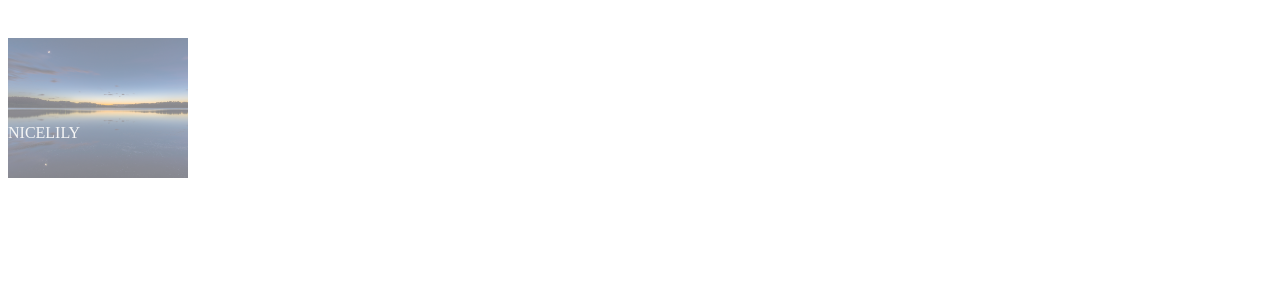
Repository: northpx/animation
Page: index.html
An editor plug-in stored every save of this project. The page is shown before and after a run of saves, followed by the edit.
The browser window is 1280 px wide. The pictures show the whole page.

Above is the page before, as saved 2022-12-19 20:34:28.

After the next 2 saves:
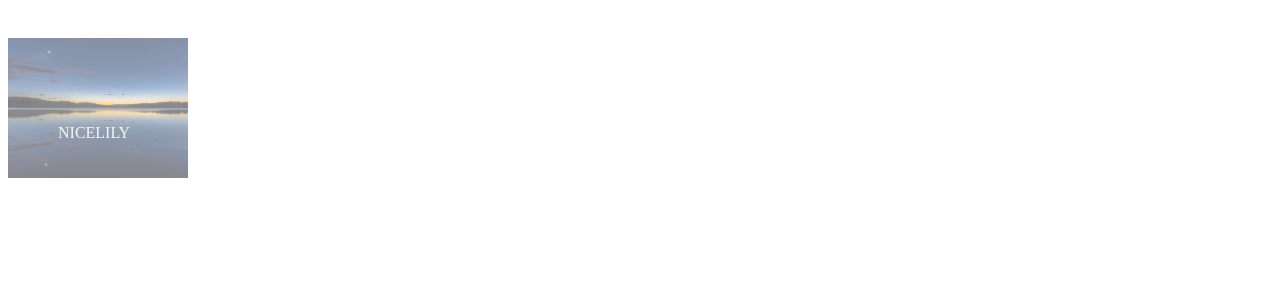
The 2 saves are shown as one change because they came seconds apart.
The last was saved 7 s later.
--- a/style.css
+++ b/style.css
@@ -120,5 +120,5 @@
     position: absolute;
     color: whitesmoke;
     top: 100px;
-
+    left: 50px;
 }
